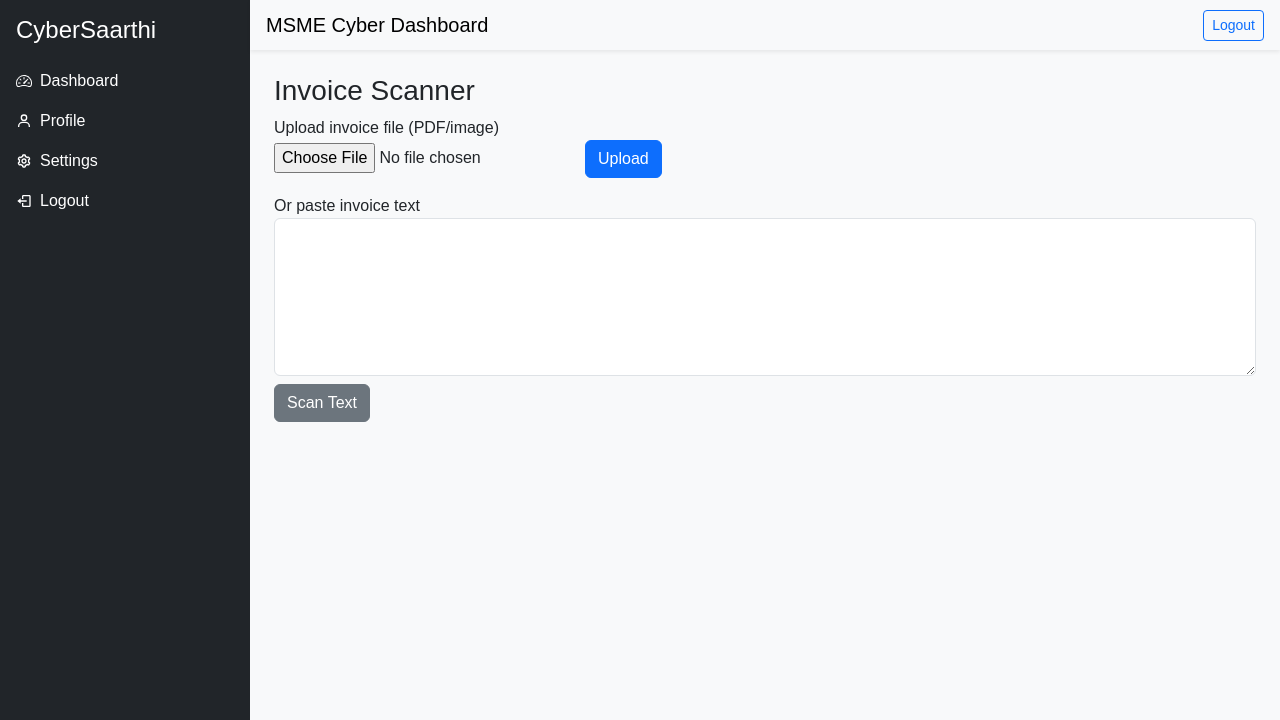
Repository: riyaaaa19/CyberSaarthi
Page: /invoice (app in frontend/)
The author's editor kept a copy of each file at every save. The page is drawn from the files as they stood at one save, then again after the next save.
The browser window is 1280 px wide. The pictures show the whole page.
The project was rebuilt for these pictures with package versions that can differ from the ones it lists, and the page was loaded fresh each time. Also part of the build but not shown: frontend/vite.config.ts, frontend/src/pages/Dashboard.js, frontend/src/pages/Reports.js, frontend/src/pages/Settings.js.

Above is the page before, as saved 2025-08-20 22:19:12.

### frontend/src/index.js
import React from "react";
import ReactDOM from "react-dom/client";
import App from "./App";
import "bootstrap/dist/css/bootstrap.min.css";
import "./styles/style.css";

const root = ReactDOM.createRoot(document.getElementById("root"));
root.render(<App />);

### frontend/src/App.js
import React from "react";
import { BrowserRouter as Router, Routes, Route, Navigate } from "react-router-dom";
import Sidebar from "./components/Sidebar";
import Navbar from "./components/Navbar";
import Dashboard from "./pages/Dashboard";
import Invoice from "./pages/Invoice";
import Reports from "./pages/Reports";
import Settings from "./pages/Settings";

function App() {
  return (
    <Router>
      <div className="d-flex">
        <Sidebar />
        <div className="flex-grow-1">
          <Navbar />
          <div className="p-4">
            <Routes>
              <Route path="/" element={<Navigate to="/dashboard" />} />
              <Route path="/dashboard" element={<Dashboard />} />
              <Route path="/invoice" element={<Invoice />} />
              <Route path="/reports" element={<Reports />} />
              <Route path="/settings" element={<Settings />} />
            </Routes>
          </div>
        </div>
      </div>
    </Router>
  );
}

export default App;

### frontend/src/styles/style.css
body {
  font-family: 'Poppins', sans-serif;
  background: #f8f9fa;
}
.sidebar {
  width: 250px;
  background: #fff;
  min-height: 100vh;
}
.nav-link.active {
  background-color: #0d6efd !important;
  color: #fff !important;
}

### frontend/src/components/Sidebar.js
import React from "react";
import { Link, useLocation } from "react-router-dom";

// Import correct icons
import { BsSpeedometer2 } from "react-icons/bs";   // Bootstrap speedometer
import { BiUser, BiCog, BiLogOut } from "react-icons/bi"; // Boxicons

function Sidebar() {
  const location = useLocation();

  return (
    <div className="sidebar bg-dark text-white p-3 vh-100">
      <h4 className="mb-4">CyberSaarthi</h4>
      <ul className="list-unstyled">
        <li className="mb-3">
          <Link
            to="/dashboard"
            className={`text-white text-decoration-none d-flex align-items-center ${
              location.pathname === "/dashboard" ? "fw-bold" : ""
            }`}
          >
            <BsSpeedometer2 className="me-2" />
            Dashboard
          </Link>
        </li>
        <li className="mb-3">
          <Link
            to="/profile"
            className={`text-white text-decoration-none d-flex align-items-center ${
              location.pathname === "/profile" ? "fw-bold" : ""
            }`}
          >
            <BiUser className="me-2" />
            Profile
          </Link>
        </li>
        <li className="mb-3">
          <Link
            to="/settings"
            className={`text-white text-decoration-none d-flex align-items-center ${
              location.pathname === "/settings" ? "fw-bold" : ""
            }`}
          >
            <BiCog className="me-2" />
            Settings
          </Link>
        </li>
        <li>
          <Link
            to="/logout"
            className="text-white text-decoration-none d-flex align-items-center"
          >
            <BiLogOut className="me-2" />
            Logout
          </Link>
        </li>
      </ul>
    </div>
  );
}

export default Sidebar;

### frontend/src/components/Navbar.js
import React from "react";

function Navbar() {
  return (
    <nav className="navbar navbar-light bg-light px-3 shadow-sm">
      <span className="navbar-brand mb-0 h5">MSME Cyber Dashboard</span>
      <button className="btn btn-sm btn-outline-primary">Logout</button>
    </nav>
  );
}

export default Navbar;

### frontend/src/pages/Invoice.js
import React, { useState } from "react";
import { uploadInvoiceFile, scanInvoiceText } from "../services/api";

function Invoice() {
  const [file, setFile] = useState(null);
  const [text, setText] = useState("");
  const [result, setResult] = useState(null);

  const handleUpload = async () => {
    if (!file) return alert("Select file first");
    try {
      const res = await uploadInvoiceFile(file);
      setResult(res);
    } catch (e) {
      console.error(e);
      setResult({ verdict: "SAFE", explanation: "Demo response, backend not available or returned error." });
    }
  };

  const handleScanText = async () => {
    if (!text || text.length < 10) return alert("Enter invoice text (min 10 chars)");
    try {
      const res = await scanInvoiceText(text);
      setResult(res);
    } catch (e) {
      console.error(e);
      setResult({ verdict: "SAFE", explanation: "Demo response, backend not available or returned error." });
    }
  };

  return (
    <div>
      <h3>Invoice Scanner</h3>
      <div className="mb-3">
        <label>Upload invoice file (PDF/image)</label><br/>
        <input type="file" onChange={(e) => setFile(e.target.files[0])} />
        <button className="btn btn-primary ms-2" onClick={handleUpload}>Upload</button>
      </div>

      <div className="mb-3">
        <label>Or paste invoice text</label>
        <textarea className="form-control" rows={6} value={text} onChange={(e)=>setText(e.target.value)} />
        <button className="btn btn-secondary mt-2" onClick={handleScanText}>Scan Text</button>
      </div>

      {result && (
        <div className="card p-3 mt-3">
          <h5>Verdict: {result.verdict}</h5>
          <p>Score: {result.score ?? "N/A"}</p>
          <p>{result.explanation}</p>
        </div>
      )}
    </div>
  );
}

export default Invoice;

### frontend/src/services/api.js
const DEFAULT_API_BASE = window.localStorage.getItem('API_BASE') || "http://localhost:8000";
const API_BASE = DEFAULT_API_BASE.replace(/\/$/, "");
const V1 = "/v1";

function getApiKeyHeader() {
  const key = window.localStorage.getItem('API_KEY');
  return key ? { "x-api-key": key } : {};
}

async function handleResp(res) {
  const contentType = res.headers.get('content-type') || '';
  if (!res.ok) {
    let text = await res.text();
    try { text = JSON.parse(text); } catch(e){}
    throw new Error(text.detail || text || 'Request failed');
  }
  if (contentType.includes('application/json')) return res.json();
  return res.text();
}

export async function healthCheck() {
  const res = await fetch(`${API_BASE}${V1}/reports/health`, { headers: getApiKeyHeader() });
  return handleResp(res);
}

export async function getHistory(limit=20, offset=0) {
  const url = new URL(`${API_BASE}${V1}/reports/history`);
  url.searchParams.set('limit', limit);
  url.searchParams.set('offset', offset);
  const res = await fetch(url.toString(), { headers: getApiKeyHeader() });
  return handleResp(res);
}

export async function scanEmail(emailText, lang="en") {
  const body = { email_text: emailText, lang };
  const res = await fetch(`${API_BASE}${V1}/scan/email`, {
    method: 'POST',
    headers: { "Content-Type": "application/json", ...getApiKeyHeader() },
    body: JSON.stringify(body),
  });
  return handleResp(res);
}

export async function scanInvoiceText(invoiceText, lang="en") {
  const body = { invoice_text: invoiceText, lang };
  const res = await fetch(`${API_BASE}${V1}/scan/invoice`, {
    method: 'POST',
    headers: { "Content-Type": "application/json", ...getApiKeyHeader() },
    body: JSON.stringify(body),
  });
  return handleResp(res);
}

export async function uploadInvoiceFile(file) {
  const formData = new FormData();
  formData.append("file", file);
  const res = await fetch(`${API_BASE}${V1}/scan/invoice/upload`, {
    method: "POST",
    headers: getApiKeyHeader(),
    body: formData
  });
  return handleResp(res);
}

export function setRuntimeConfig({ apiBase, apiKey }) {
  if (apiBase !== undefined) window.localStorage.setItem('API_BASE', apiBase);
  if (apiKey !== undefined) {
    if (apiKey === "" || apiKey === null) window.localStorage.removeItem('API_KEY');
    else window.localStorage.setItem('API_KEY', apiKey);
  }
}

export { API_BASE };

Loaded but not shown: frontend/public/index.html (common file)

After the next save:
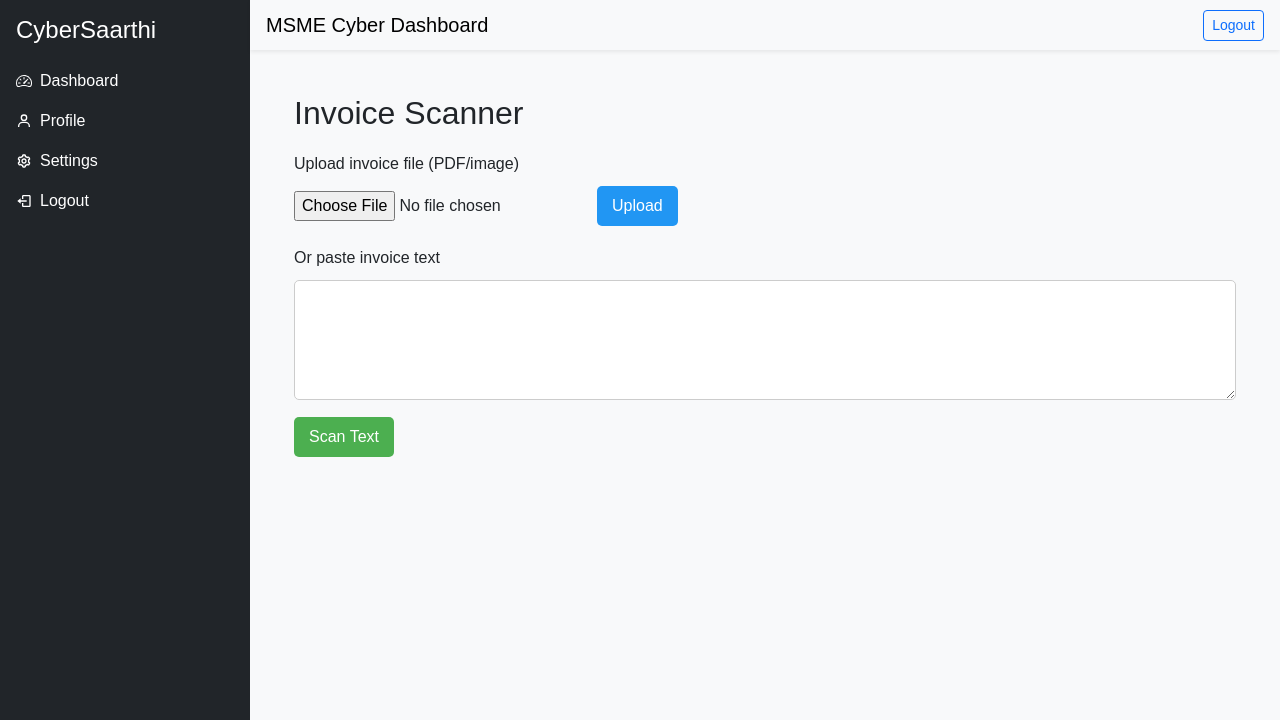
Saved 20 s later.
--- a/frontend/src/pages/Invoice.js
+++ b/frontend/src/pages/Invoice.js
@@ -6,14 +6,16 @@ function Invoice() {
   const [text, setText] = useState("");
   const [result, setResult] = useState(null);
 
+  const cardStyle = { padding:"15px", border:"1px solid #ddd", borderRadius:"10px", marginTop:"20px", boxShadow:"0 2px 5px rgba(0,0,0,0.1)" };
+  const buttonStyle = { marginTop:"10px", padding:"8px 15px", border:"none", borderRadius:"5px", background:"#2196f3", color:"white", cursor:"pointer" };
+
   const handleUpload = async () => {
     if (!file) return alert("Select file first");
     try {
       const res = await uploadInvoiceFile(file);
       setResult(res);
     } catch (e) {
-      console.error(e);
-      setResult({ verdict: "SAFE", explanation: "Demo response, backend not available or returned error." });
+      setResult({ verdict: "SAFE", explanation: "Demo response (backend error)." });
     }
   };
 
@@ -23,30 +25,30 @@ function Invoice() {
       const res = await scanInvoiceText(text);
       setResult(res);
     } catch (e) {
-      console.error(e);
-      setResult({ verdict: "SAFE", explanation: "Demo response, backend not available or returned error." });
+      setResult({ verdict: "SAFE", explanation: "Demo response (backend error)." });
     }
   };
 
   return (
-    <div>
-      <h3>Invoice Scanner</h3>
-      <div className="mb-3">
+    <div style={{ padding:"20px" }}>
+      <h2>Invoice Scanner</h2>
+
+      <div style={{ marginTop:"20px" }}>
         <label>Upload invoice file (PDF/image)</label><br/>
-        <input type="file" onChange={(e) => setFile(e.target.files[0])} />
-        <button className="btn btn-primary ms-2" onClick={handleUpload}>Upload</button>
+        <input type="file" onChange={(e) => setFile(e.target.files[0])} style={{ marginTop:"10px" }} />
+        <button style={buttonStyle} onClick={handleUpload}>Upload</button>
       </div>
 
-      <div className="mb-3">
+      <div style={{ marginTop:"20px" }}>
         <label>Or paste invoice text</label>
-        <textarea className="form-control" rows={6} value={text} onChange={(e)=>setText(e.target.value)} />
-        <button className="btn btn-secondary mt-2" onClick={handleScanText}>Scan Text</button>
+        <textarea style={{ width:"100%", height:"120px", marginTop:"10px", padding:"10px", borderRadius:"5px", border:"1px solid #ccc" }} value={text} onChange={(e)=>setText(e.target.value)} />
+        <button style={{ ...buttonStyle, background:"#4caf50" }} onClick={handleScanText}>Scan Text</button>
       </div>
 
       {result && (
-        <div className="card p-3 mt-3">
-          <h5>Verdict: {result.verdict}</h5>
-          <p>Score: {result.score ?? "N/A"}</p>
+        <div style={cardStyle}>
+          <h4>Verdict: {result.verdict}</h4>
+          <p><b>Score:</b> {result.score ?? "N/A"}</p>
           <p>{result.explanation}</p>
         </div>
       )}
